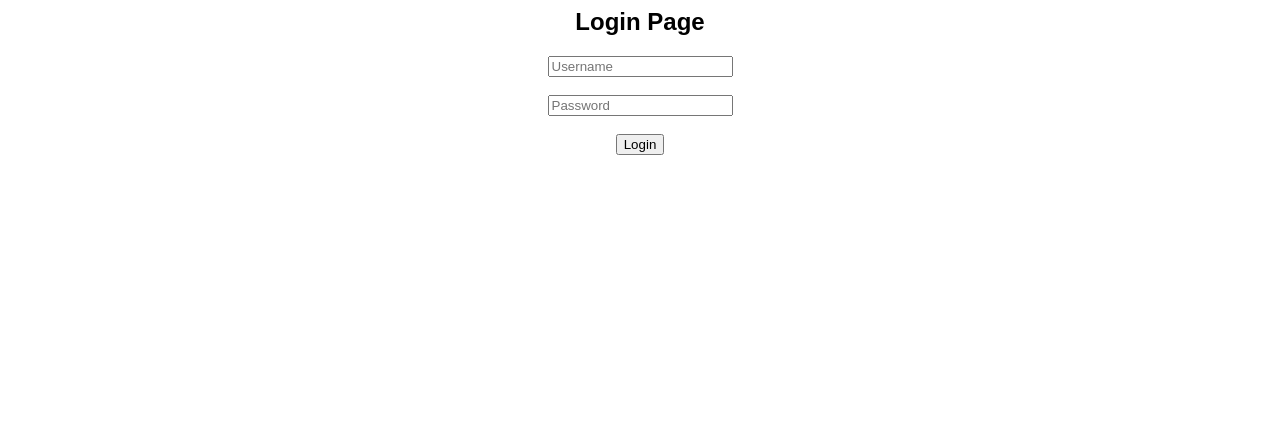
Repository: pranatirao365/WT
Page: http://localhost/week9/login.jsp
An editor plug-in stored every save of this project. The page is shown before and after the next save, followed by the edit.
The browser window is 1280 px wide. The pictures show the whole page.
The page is served by Tomcat 10. Other server files are loaded and not shown.

Above is the page before, as saved 2026-04-26 05:18:15.

### week-9/week9/src/main/webapp/login.jsp
<%@ page language="java" %>
<html>
<body style="text-align:center; font-family:Arial;">

<h2>Login Page</h2>

<form action="login" method="post">
    <input type="text" name="username" placeholder="Username"><br><br>
    <input type="password" name="password" placeholder="Password"><br><br>
    <button type="submit">Login</button>
</form>

<%
String error = request.getParameter("error");
if(error != null){
%>
    <p style="color:red;">Invalid Credentials</p>
<% } %>

</body>
</html>

After the next save:
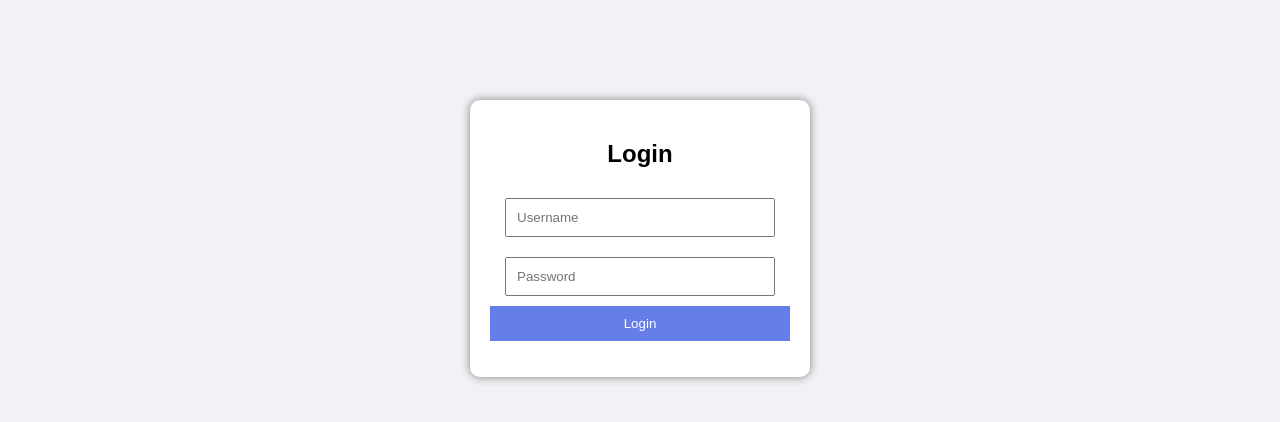
Saved 4 min 37 s later.
--- a/week-9/week9/src/main/webapp/login.jsp
+++ b/week-9/week9/src/main/webapp/login.jsp
@@ -1,21 +1,35 @@
-<%@ page language="java" %>
+<%@ page contentType="text/html;charset=UTF-8" %>
 <html>
-<body style="text-align:center; font-family:Arial;">
+<head>
+<style>
+body { font-family: Arial; background:#f0f2f5; }
+.box {
+    width:300px; margin:100px auto; padding:20px;
+    background:white; border-radius:10px;
+    box-shadow:0 0 10px gray; text-align:center;
+}
+input { width:90%; padding:10px; margin:10px 0; }
+button { padding:10px; width:100%; background:#667eea; color:white; border:none; }
+.error { color:red; }
+</style>
+</head>
 
-<h2>Login Page</h2>
+<body>
+<div class="box">
+<h2>Login</h2>
 
 <form action="login" method="post">
-    <input type="text" name="username" placeholder="Username"><br><br>
-    <input type="password" name="password" placeholder="Password"><br><br>
-    <button type="submit">Login</button>
+    <input type="text" name="username" placeholder="Username"><br>
+    <input type="password" name="password" placeholder="Password"><br>
+    <button>Login</button>
 </form>
 
 <%
-String error = request.getParameter("error");
-if(error != null){
+if(request.getParameter("error") != null){
 %>
-    <p style="color:red;">Invalid Credentials</p>
+<p class="error">Invalid Credentials</p>
 <% } %>
 
+</div>
 </body>
 </html>
